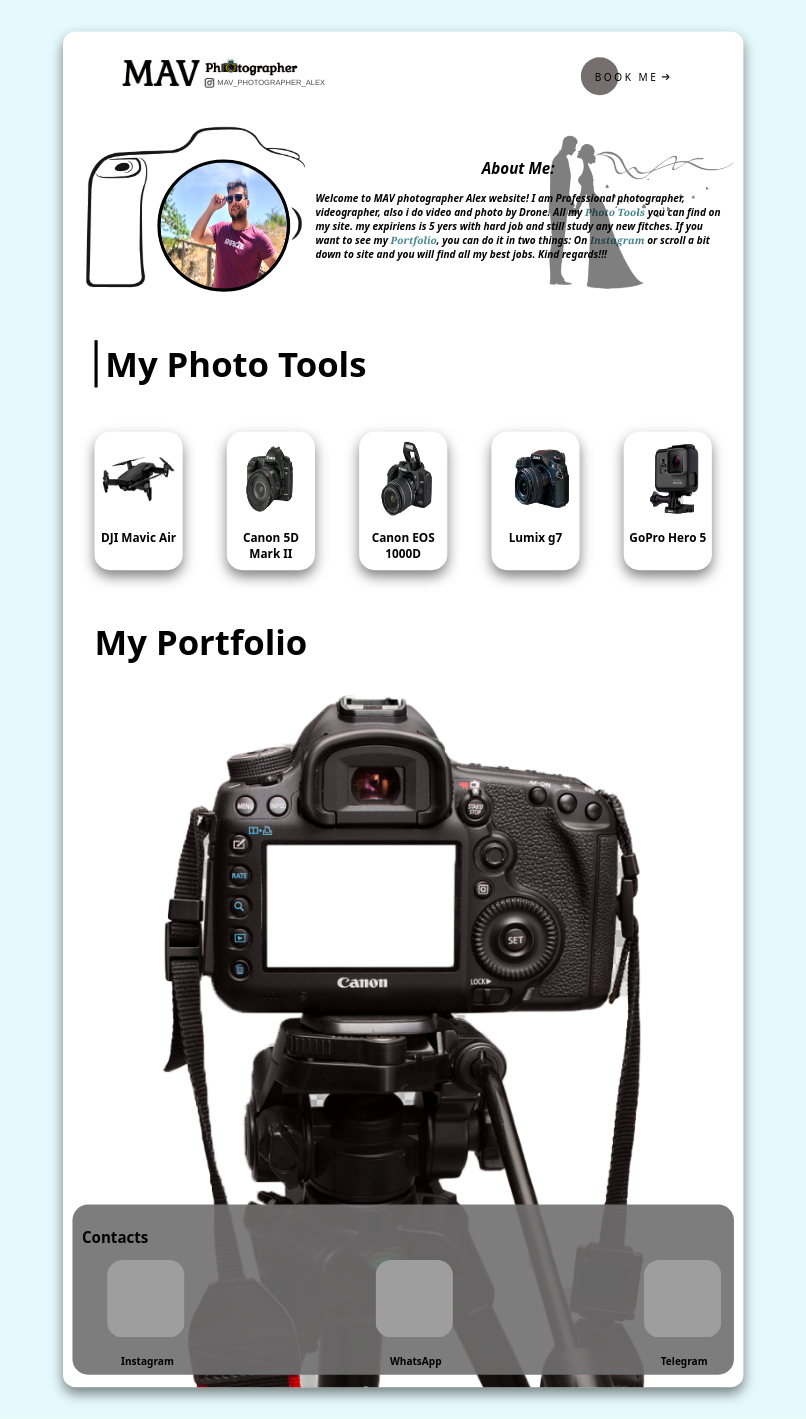
Repository: Dekabrist94/MAV
Page: /
An editor plug-in stored every save of this project. The page is shown before and after the next save, followed by the edit.
The browser window is 1280 px wide. The pictures show the whole page, at 63% of full size.
Pictures or frames that could not be fetched are drawn as grey boxes. The project was rebuilt for these pictures with package versions that can differ from the ones it lists, and the page was loaded fresh each time.

Above is the page before, as saved 2023-03-11 17:58:39.

### src/index.js
import React from 'react';
import ReactDOM from 'react-dom/client';
import './index.scss';
import App from './App';
import reportWebVitals from './reportWebVitals';

const root = ReactDOM.createRoot(document.getElementById('root'));
root.render(
  <React.StrictMode>
    <App />
  </React.StrictMode>,
);

// If you want to start measuring performance in your app, pass a function
// to log results (for example: reportWebVitals(console.log))
// or send to an analytics endpoint. Learn more: https://bit.ly/CRA-vitals
reportWebVitals();

### src/index.scss
.aboutLinks {
  color: rgb(68, 132, 141);
  text-decoration: none;
  font-family: Georgia, 'Times New Roman', Times, serif;
  transition: all 0.3s ease;
}

.aboutLinks:hover {
  color: rgb(235, 17, 82);
  text-decoration: none;
  font-family: Georgia, 'Times New Roman', Times, serif;
}

body {
  margin: 0;
  font-family: system-ui;
  -webkit-font-smoothing: antialiased;
  -moz-osx-font-smoothing: grayscale;
  background-color: rgb(12, 213, 240, 0.1);
}

.wrapper {
  background: #ffffff;
  box-shadow: 0px 10px 20px rgba(0, 0, 0, 0.5);
  border-radius: 20px;
  max-width: 1080px;
  margin: 50px auto;
}

header {
  padding: 40px;
  margin: 50px;
  display: flex;
  justify-content: space-between;
}

img {
  margin-right: 5px;
}

.headerLeft {
  display: flex;
  align-items: center;
}

.underLogoLink {
  color: black;
  opacity: 70%;
  font-family: 'Franklin Gothic Medium', 'Arial Narrow', Arial, sans-serif;
  text-decoration: none;
  transition: all 0.2s ease;
  text-transform: uppercase;
  font-size: 12px;
}
.underLogoLink:hover {
  opacity: 100%;
  transition: all 0.2s ease;
}
.instaLink {
  display: flex;
  margin-top: -3px;
  align-items: center;
}

.bookMe {
  margin-top: 20px;
}

h3,
p {
  margin: 0;
}

.aboutMe {
  margin-left: 150px;
  position: relative;
  display: flex;

  align-items: center;
  justify-content: space-between;
}
.bride {
  position: absolute;
  left: 610px;
  opacity: 0.5;
  z-index: 0;
}
.camera {
  top: -50px;
  left: -190px;
  position: absolute;
}
.avatar {
  border-radius: 50%;
  border: 5px black solid;
  z-index: 1;
  transition: all 0.4s ease;

  cursor: pointer;
}
.avatar:hover {
  transition: all 0.4s ease;
  transform: scale(1.05);
  cursor: pointer;
}

.textAboutCenter {
  text-align: center;
  font-style: italic;
  z-index: 0;
}
.textAbout {
  padding-bottom: 50px;
  padding-left: 5%;
  padding-right: 5%;
  text-align: left;
  font-style: italic;
}
.cardContainer {
  display: flex;
  padding: 15px;
}
.card {
  height: 220px;
  width: 140px;
  margin: 0 auto;
}

.cardBorder {
  border-radius: 25px;
  box-shadow: 0px 10px 20px rgba(0, 0, 0, 0.5);
}

.cardStyle {
  padding-top: 15px;
  text-align: center;
}

.CaptionTools {
  margin-left: 50px;
  font-size: 55px;
  padding-left: 12px;
  border-left: 5px rgb(0, 0, 0) solid;
}

.Portfolio {
}

.captionPortfolio {
  padding-top: 15px;
  padding-left: 50px;
  font-size: 55px;
}

.mainCamera {
  margin: 0 auto;
  align-items: center;
  display: flex;
}

.cameraSlider {
  margin: 0 auto;
  z-index: 2;
}

.contContainer {
  position: relative;
  margin: 0px 15px auto;
}

.background {
  position: absolute;
  background: rgba(112, 111, 111, 0.9);
  width: 100%;
  height: 270px;
  margin: -290px auto;
  z-index: 3;
  border-radius: 25px;
}

.qr {
  padding: 15px;
}

.contacts {
  display: flex;
  align-items: center;
  justify-content: space-between;
}

li {
  list-style-type: none;
  z-index: 5;
}

.qrcode {
  border-radius: 25px;
  transition: all 0.3s ease;
}

.qrcode:hover {
  transform: scale(1.1);
  transition: all 0.3s ease;
}

### src/App.js
import { Header } from './pages/Header';
import { PhotoTools } from './pages/PhotoTools';
import { AboutMe } from './pages/AboutMe';
import mainCamera from './assets/img/mainCamera.png';
function App() {
  return (
    <div className="wrapper">
      <Header />
      <AboutMe />
      <PhotoTools />

      <section className="Portfolio">
        <h1 className="captionPortfolio">My Portfolio</h1>
        <div className="slider">
          <div className="mainCamera">
            <img className="cameraSlider" width={800} height={1100} src={mainCamera} />
          </div>
        </div>
      </section>

      <section className="contContainer">
        <div className="background">
          <div className="qr">
            <h1 className="contCaption">Contacts</h1>
            <ul className="contacts">
              <li>
                <a href="https://www.instagram.com/palazzagofotografo/" target="_blank">
                  <img
                    className="qrcode"
                    src="http://qrcoder.ru/code/?https%3A%2F%2Fwww.instagram.com%2Fpalazzagofotografo%2F&3&0"
                    width="123"
                    height="123"
                    title="Instagram QR Code"
                  />
                </a>
                <h4 align="center">Instagram</h4>
              </li>
              <li>
                <a href="https://wa.me/+393519741841" target="_blank">
                  <img
                    className="qrcode"
                    src="http://qrcoder.ru/code/?https%3A%2F%2Fwa.me%2F%2B393519741841&3&0"
                    width="123"
                    height="123"
                    title="WhatsApp QR Code"
                  />
                </a>
                <h4 align="center">WhatsApp</h4>
              </li>
              <li>
                <a href="https://t.me/mavphotographeralex" target="_blank">
                  <img
                    className="qrcode"
                    src="http://qrcoder.ru/code/?https%3A%2F%2Ftelegram.me%2F%40mavphotographer&4&0"
                    width="123"
                    height="123"
                    title="Telegram QR Code"
                  />
                </a>
                <h4 align="center">Telegram</h4>
              </li>
            </ul>
          </div>
        </div>
      </section>
    </div>
  );
}

export default App;

### src/pages/Header.jsx
import PHOTOGRAPHER from '../assets/img/photographer.png';
import InstaLogo from '../assets/img/instagram.png';
import MAV from '../assets/img/MAV.png';
import '../index.scss';
import { CustomButton } from '../components/button UI';
export const Header = () => {
  return (
    <header>
      <div className="headerLeft">
        <img width={130} height={50} src={MAV} alt="logo" />
        <div className="headerInfo">
          <img width={150} height={30} src={PHOTOGRAPHER} alt="logo" />
          <div className="instaLink">
            <img width={15} height={15} src={InstaLogo} alt="Instagram" />
            <a href="#" className="underLogoLink">
              mav_photographer_alex
            </a>
          </div>
        </div>
      </div>
      <div className="bookMe">
        <CustomButton text="BOOK ME" style="link" />
      </div>
    </header>
  );
};

### src/pages/PhotoTools.jsx
import Drone from '../assets/img/mavicAir.png';
import Mark from '../assets/img/5dmark.png';
import CanonD from '../assets/img/1000d.png';
import Lumix from '../assets/img/lumix.png';
import Hero5 from '../assets/img/hero5.png';

import '../index.scss';

export const PhotoTools = () => {
  return (
    <section className="PhotoTools">
      <aside>
        <h1 className="CaptionTools">My Photo Tools</h1>
      </aside>
      <div className="cardContainer">
        <div className="card cardBorder">
          <img className="cardStyle" width={140} height={120} src={Drone} alt="card" />
          <p className="cardStyle">
            <h3>DJI Mavic Air</h3>
          </p>
        </div>
        <div className="card cardBorder">
          <img className="cardStyle" width={140} height={120} src={Mark} alt="card" />
          <p className="cardStyle">
            <h3>Canon 5D Mark II</h3>
          </p>
        </div>
        <div className="card cardBorder">
          <img className="cardStyle" width={160} height={120} src={CanonD} alt="card" />
          <p className="cardStyle">
            <h3>Canon EOS 1000D</h3>
          </p>
        </div>
        <div className="card cardBorder">
          <img className="cardStyle" width={160} height={120} src={Lumix} alt="card" />
          <p className="cardStyle">
            <h3>Lumix g7</h3>
          </p>
        </div>
        <div className="card cardBorder">
          <img className="cardStyle" width={160} height={120} src={Hero5} alt="card" />
          <p className="cardStyle">
            <h3>GoPro Hero 5</h3>
          </p>
        </div>
      </div>
    </section>
  );
};

### src/pages/AboutMe.jsx
import '../index.scss';
import Camera from '../assets/img/camera.png';
import AVATAR from '../assets/img/AVATAR.jpg';
import Bride from '../assets/img/bride.png';
export const AboutMe = () => {
  return (
    <section className="aboutMe">
      <img className="avatar" width={200} height={200} src={AVATAR} alt="AVATAR" />
      <img className="camera" width={500} height={302} src={Camera} alt="Camera" />
      <img className="bride" width={320} height={350} src={Bride} alt="Bride" />

      <div>
        <h1 className="textAboutCenter">About Me:</h1>
        <h4 className="textAbout">
          Welcome to MAV photographer Alex website! I am Professional photographer, videographer,
          also i do video and photo by Drone. All my{' '}
          <a className="aboutLinks" href="#">
            Photo Tools
          </a>{' '}
          you can find on my site. my expiriens is 5 yers with hard job and still study any new
          fitches. If you want to see my{' '}
          <a className="aboutLinks" href="#">
            Portfolio
          </a>
          , you can do it in two things: On{' '}
          <a className="aboutLinks" href="#">
            Instagram
          </a>{' '}
          or scroll a bit down to site and you will find all my best jobs. Kind regards!!!
        </h4>
      </div>
    </section>
  );
};

### src/components/button UI/index.jsx
import styles from './Button.module.css';
import React from 'react';

export const CustomButton = ({ type, text, link, style }) => {
  if (style === 'btn') {
    return (
      <button className={`${styles.button} ${styles.buttonBtn}`} type={type}>
        <span>{text}</span>
        <svg width="13px" height="10px" viewBox="0 0 13 10">
          <path d="M1,5 L11,5"></path>
          <polyline points="8 1 12 5 8 9"></polyline>
        </svg>
      </button>
    );
  } else if (style === 'link') {
    return (
      <a
        href={link}
        className={`${styles.button} ${styles.buttonLink}`}
        target="_blank"
        rel="noreferrer">
        <span>{text}</span>
        <svg width="13px" height="10px" viewBox="0 0 13 10">
          <path d="M1,5 L11,5"></path>
          <polyline points="8 1 12 5 8 9"></polyline>
        </svg>
      </a>
    );
  }
  return <button>{text}</button>;
};

### src/components/button UI/Button.module.css
.button {
  position: relative;
  margin: auto;
  padding: 19px 22px;
  transition: all 0.2s ease;
  cursor: pointer;
}
.button:before {
  content: '';
  position: absolute;
  top: 0;
  left: 0;
  display: block;
  border-radius: 50%;

  width: 60px;
  height: 60px;
  transition: all 0.5s ease;
}
.buttonLink:before {
  background: rgb(119, 111, 111);
}
.buttonBtn:before {
  background: rgba(255, 165, 45, 0.5);
}
.button span {
  position: relative;
  font-size: 16px;
  line-height: 18px;
  font-weight: 400;
  letter-spacing: 4px;
  text-transform: uppercase;
  vertical-align: middle;
  transition: color 0.5s ease;
}
.button:hover span {
  color: #fff;
}
.button svg {
  position: relative;
  top: 0;
  margin-left: 10px;
  fill: none;
  stroke-linecap: round;
  stroke-linejoin: round;
  stroke: #111;
  stroke-width: 2;
  transform: translateX(-5px);
  transition: all 0.5s ease;
}
.button:hover:before {
  width: 100%;
  border-radius: 50px;
}
.buttonLink:hover:before {
  background: black;
}
.buttonBtn:hover:before {
  background: rgb(255, 165, 45);
}
.button:hover svg {
  transform: translateX(0);
  stroke: #fff;
}
.button:active {
  transform: scale(0.96);
}

Loaded but not shown: public/index.html (common file); src/reportWebVitals.js (common file)

After the next save:
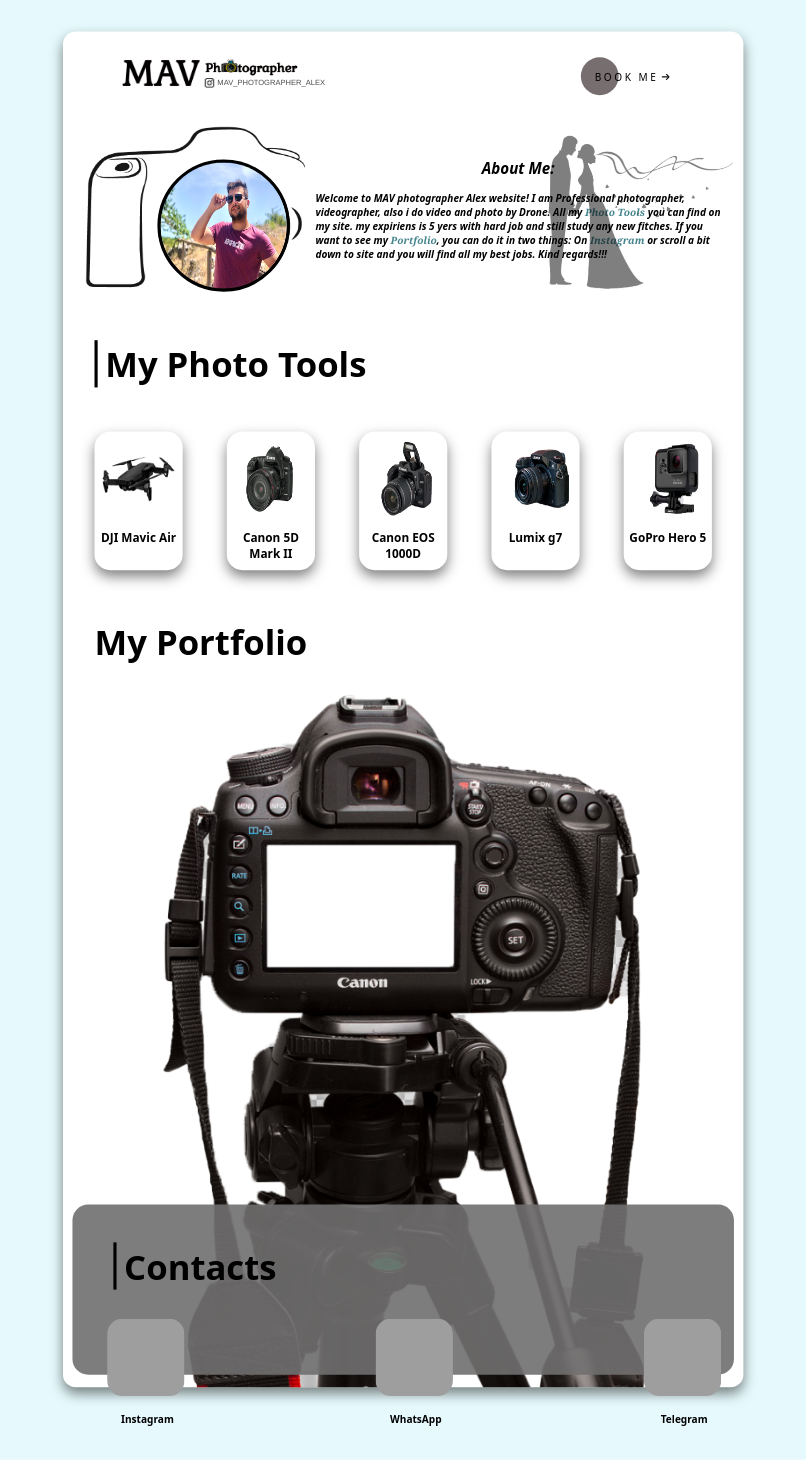
Saved 56 s later.
--- a/src/App.js
+++ b/src/App.js
@@ -21,7 +21,7 @@
       <section className="contContainer">
         <div className="background">
           <div className="qr">
-            <h1 className="contCaption">Contacts</h1>
+            <h1 className="CaptionTools">Contacts</h1>
             <ul className="contacts">
               <li>
                 <a href="https://www.instagram.com/palazzagofotografo/" target="_blank">
